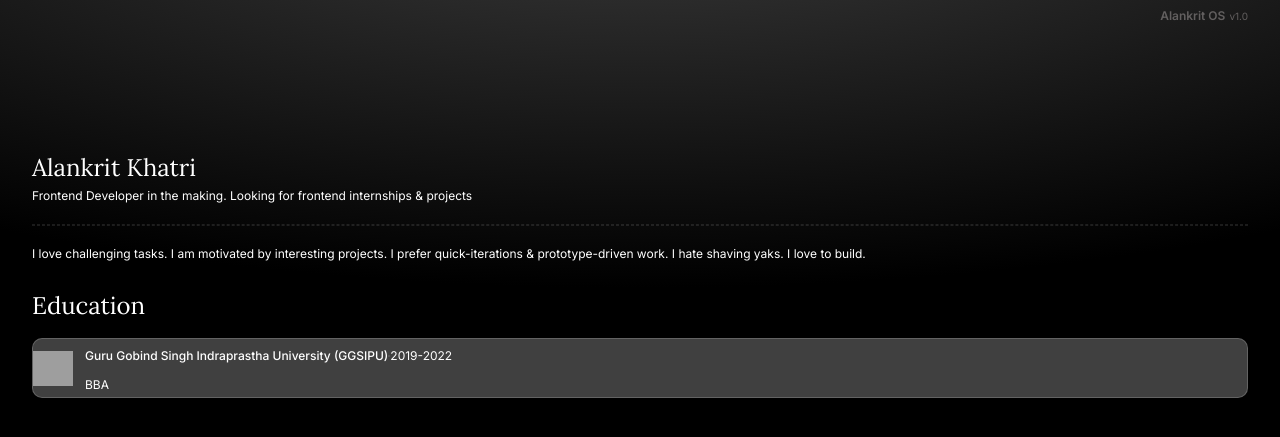
Repository: alankritkhatri/alankrit.xyz
Page: /
An editor plug-in stored every save of this project. The page is shown before and after a run of saves, followed by the edit.
The browser window is 1280 px wide. The pictures show the whole page.
Pictures or frames that could not be fetched are drawn as grey boxes. The project was rebuilt for these pictures with package versions that can differ from the ones it lists, and the page was loaded fresh each time. Also part of the build but not shown: vite.config.js, src/blog.jsx.

Above is the page before, as saved 2024-08-11 21:26:49.

After the next 10 saves:
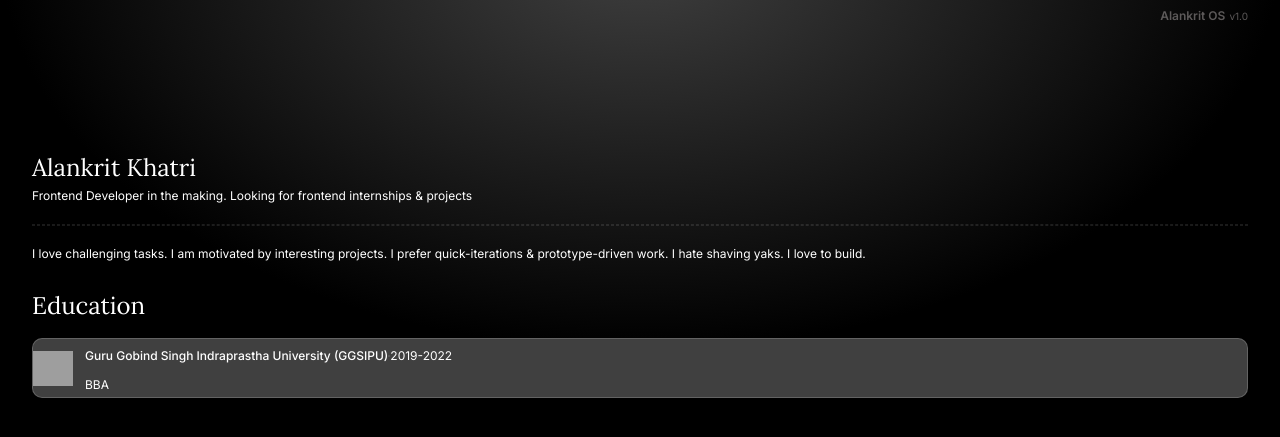
The 10 saves are shown as one change because they came seconds apart.
The last was saved 31 s later.
--- a/src/App.css
+++ b/src/App.css
@@ -7,7 +7,7 @@
 
 body,html{
   min-height: 100vh;
-background: radial-gradient(100% 60% at 50% -20%, #404040, #000000)
+background: radial-gradient(50% 400px at 50% -50px, #404040, #000000)
 }
 .main {
   h1 {
